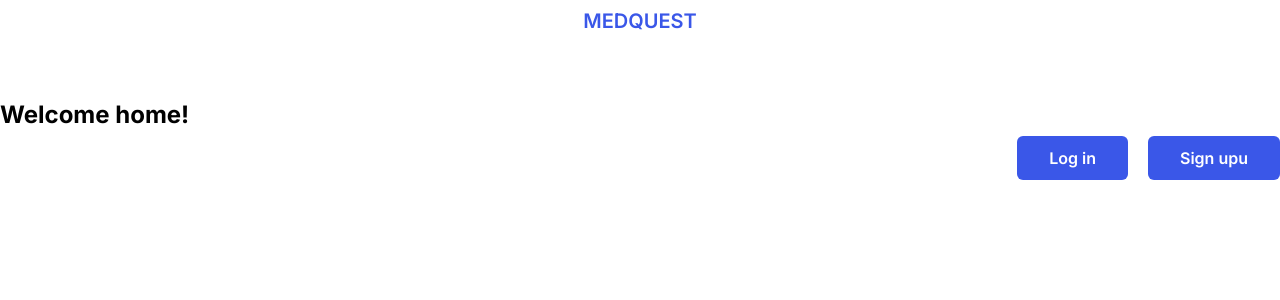
Repository: softmindsol/mediquest-FE
Page: /landing-page
The author's editor kept a copy of each file at every save. The page is drawn from the files as they stood at one save, then again after the next save.
The browser window is 1280 px wide. The pictures show the whole page.
The page's requests for data from a server got no answer. The project was rebuilt for these pictures with package versions that can differ from the ones it lists, and the page was loaded fresh each time. No one was signed in, and anything a server would have sent is missing. Also part of the build but not shown: vite.config.js, src/components/Button.jsx, src/components/Footer.jsx, src/schema/auth.schema.js, src/pages/authentication/Login.jsx, src/pages/authentication/SignUp.jsx, src/components/Notification/index.jsx, src/pages/email-confirmation/EmailConfirmation.jsx and 24 more.

Above is the page before, as saved 2024-10-28 15:42:50.

After the next save:
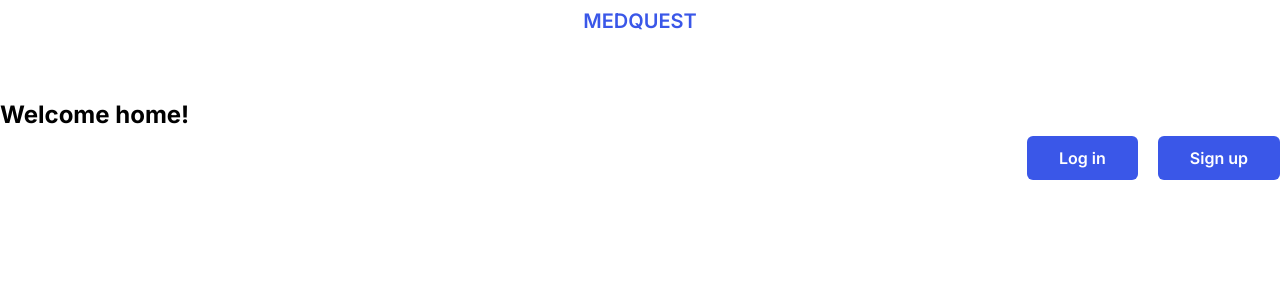
Saved 11 s later.
--- a/src/pages/landingpage/LandingPage.jsx
+++ b/src/pages/landingpage/LandingPage.jsx
@@ -24,7 +24,7 @@
         </Link>
         <Link to="/topic">
           <button className="bg-[#3A57E8] font-semibold text-title-p text-white py-[10px] px-8 rounded-[6px]">
-Sign upu          </button>
+Sign up          </button>
         </Link>
       </div>
     </>
